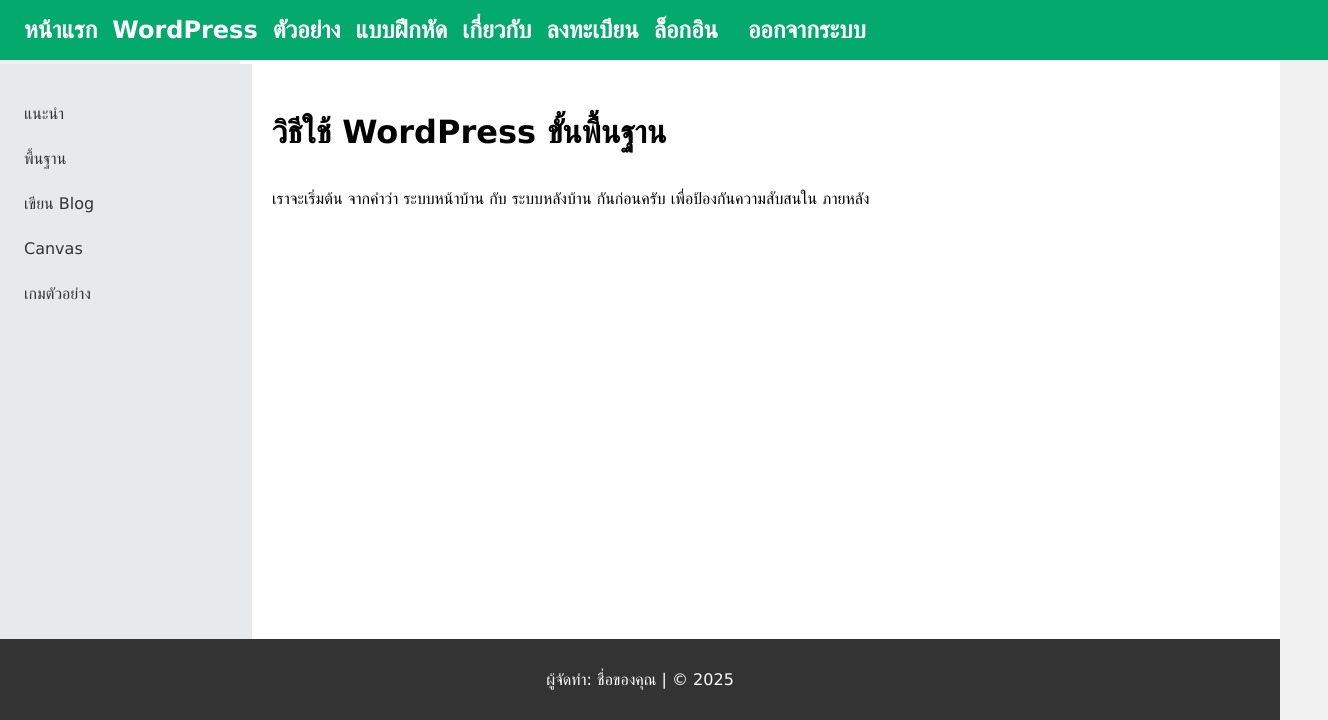
Repository: staggil/thesis
Page: index.html
The author's editor kept a copy of each file at every save. The page is drawn from the files as they stood at one save, then again after the next save.
The browser window is 1280 px wide. The page is 1328 px wide, so the pictures cover 1328 px, including what lies to the right of the window. The pictures show the whole page.
The page's requests for data from a server got no answer.

Above is the page before, as saved 2025-12-16 09:44:14.

After the next save:
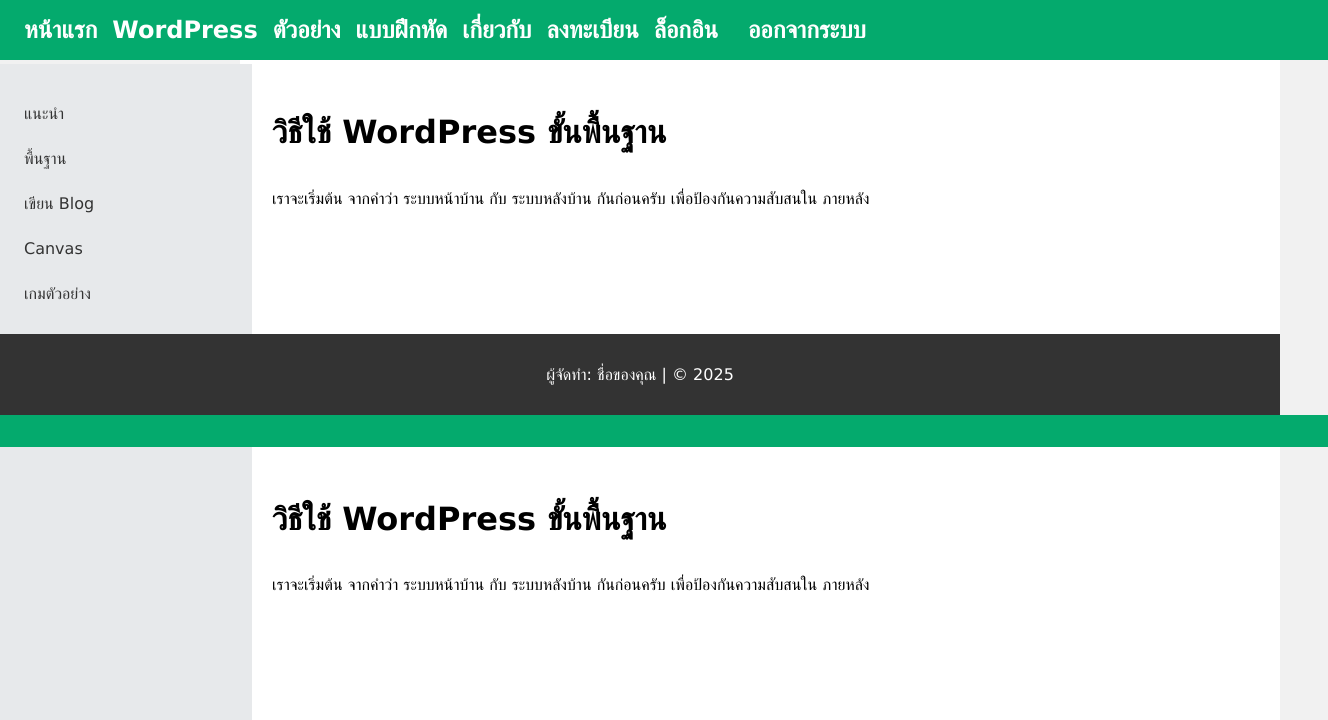
Saved 40 s later.
--- a/index.html
+++ b/index.html
@@ -1,3 +1,35 @@
+<!DOCTYPE html>
+<html lang="th">
+<head>
+    <meta charset="UTF-8">
+    <meta name="viewport" content="width=device-width, initial-scale=1.0">
+    <title>หน้าแรก</title>
+    <link rel="stylesheet" href="/style.css">
+    <script src="/script.js" defer></script>
+</head>
+<body>
+
+    <!-- header -->
+    <div id="header-placeholder"></div>
+
+<div class="layout">
+    <!-- content -->
+    <main id="main-content">
+        <h1>วิธีใช้ WordPress ขั้นพื้นฐาน</h1>
+        <p>เราจะเริ่มต้น จากคำว่า ระบบหน้าบ้าน กับ ระบบหลังบ้าน กันก่อนครับ เพื่อป้องกันความสับสนใน ภายหลัง</p>
+
+
+
+
+
+    </main>
+</div>
+
+    <!-- footer -->
+    <div id="footer-placeholder"></div>
+
+</body>
+</html>
 <!DOCTYPE html>
 <html lang="th">
 <head>
